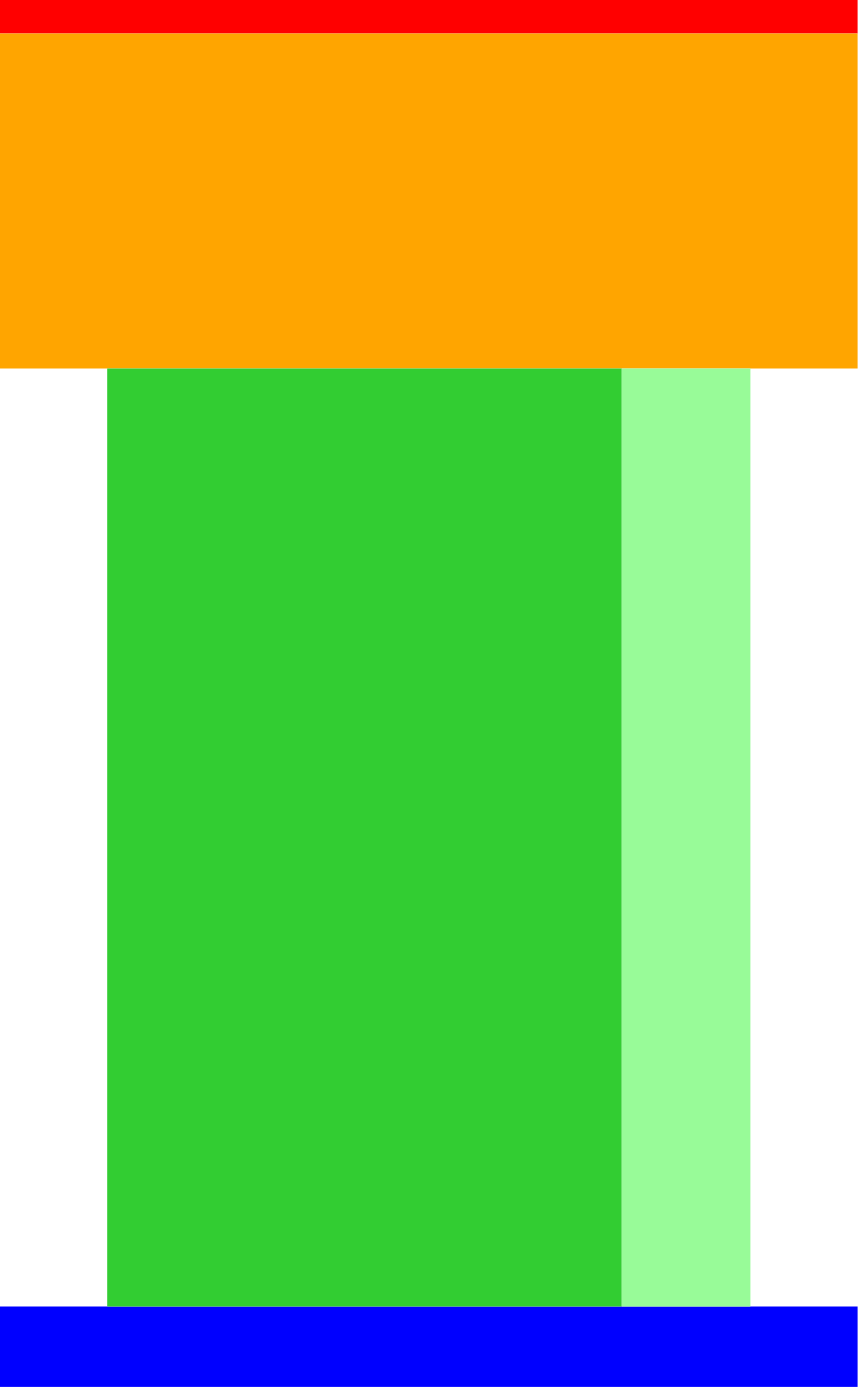
Repository: yuuyatada/API_sample_app
Page: htmlCP4/CP4index.html
The author's editor kept a record of every edit. The page is drawn from the files as they stood at one moment, then again after the next edit.
The browser window is 1280 px wide. The pictures show the whole page, at 67% of full size.

Above is the page before.

### htmlCP4/CP4index.html
<!DOCTYPE html>
<html lang="ja">
  <head>
    <meta charset="UTF-8" />
    <!-- CSSファイルの読み込み -->
    <link rel="stylesheet" href="CP4style.css" />
    <title>演習問題CP4</title>
  </head>
  <body>

  <!--header用のdiv-->
  <div class="header">

   <div class="header-top"></div>
   <div class="header-bottom"></div>

  </div>
  <!--main-visual用のdiv-->
  <div class="main-visual">

   <div class="main-visual-content"></div>

  </div>

<!--main用のdiv-->

<div class="main">

    <div class="blog"></div>

    <div class="sidebar"></div>

</div>

<!--footer用のdiv-->
<div class="footer"></div>

  </body>
</html>

### htmlCP4/CP4style.css
/* ブラウザがそれぞれ持っているCSSをリセットするための記述 */
* {
  margin: 0;
  padding: 0;
  box-sizing: border-box;
}

.header{
    width:100%;
    height:50px;
    background-color:red;
}


.main-visual{
    width:100%;
    height:500px;
    background-color:orange;
}

.main{
    width: 960px;
    display: flex;
    justify-content:center;
    margin: 0  auto ;
}

.blog{
    width: 960px;/*横幅600px*/
    height: 1400px;/*高さ1400px*/
    background-color: limegreen;/*背景色にlimegreen*/

}
.sidebar{
    width: 240px;/*横幅240px*/
    height: 1400px;/*高さ1400px*/
    background-color: palegreen;/*背景色にpalegreen*/
}
.footer{
    width:100%;/*横幅いっぱい*/
    height:120px;/*高さ120px*/
    background-color: blue;/*背景色blue*/

}

After the next edit:
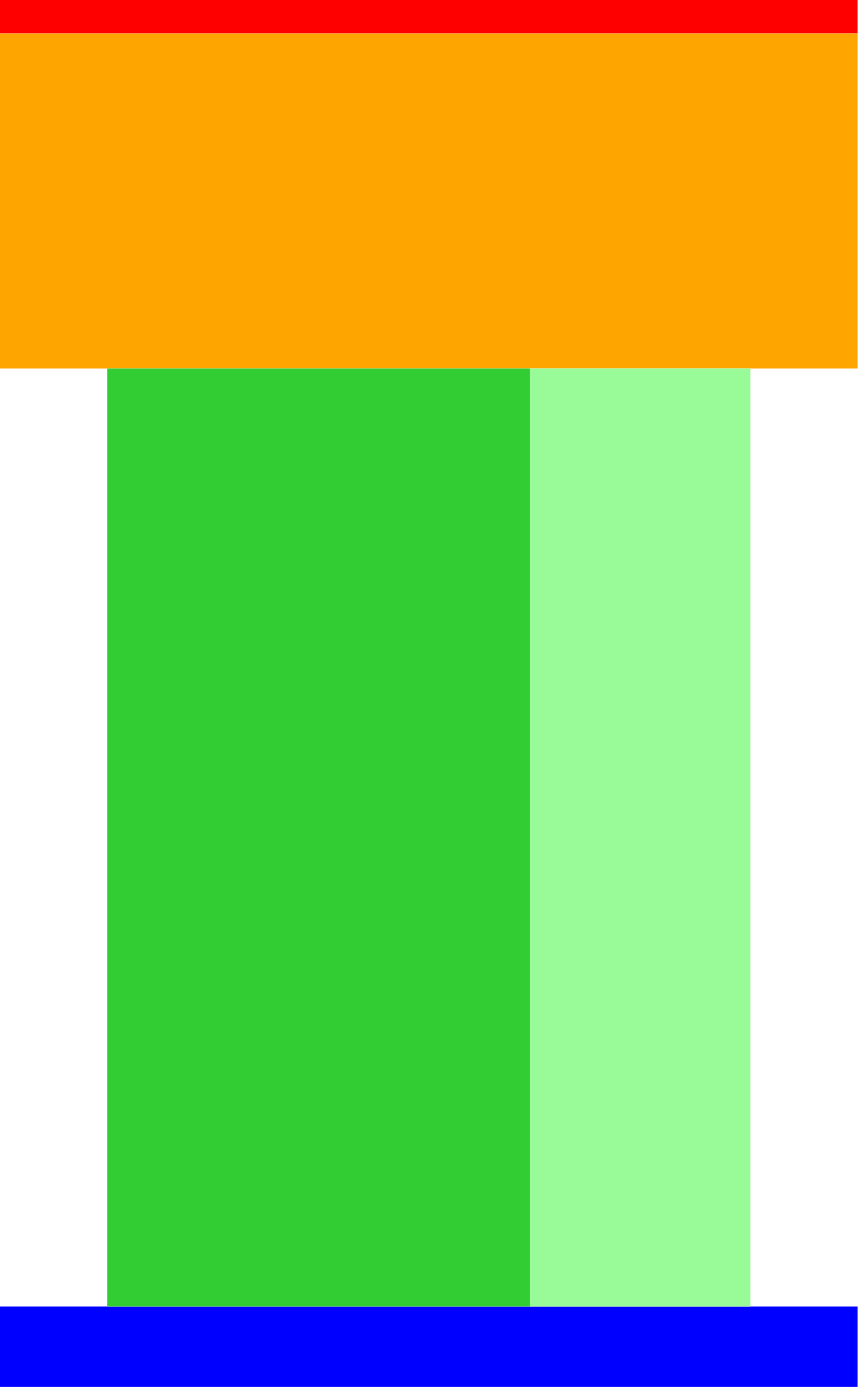
The edit:
--- a/htmlCP4/CP4style.css
+++ b/htmlCP4/CP4style.css
@@ -32,7 +32,7 @@
 
 }
 .sidebar{
-    width: 240px;/*横幅240px*/
+    width: 500px;/*横幅240px*/
     height: 1400px;/*高さ1400px*/
     background-color: palegreen;/*背景色にpalegreen*/
 }

After the 2 edits that followed:
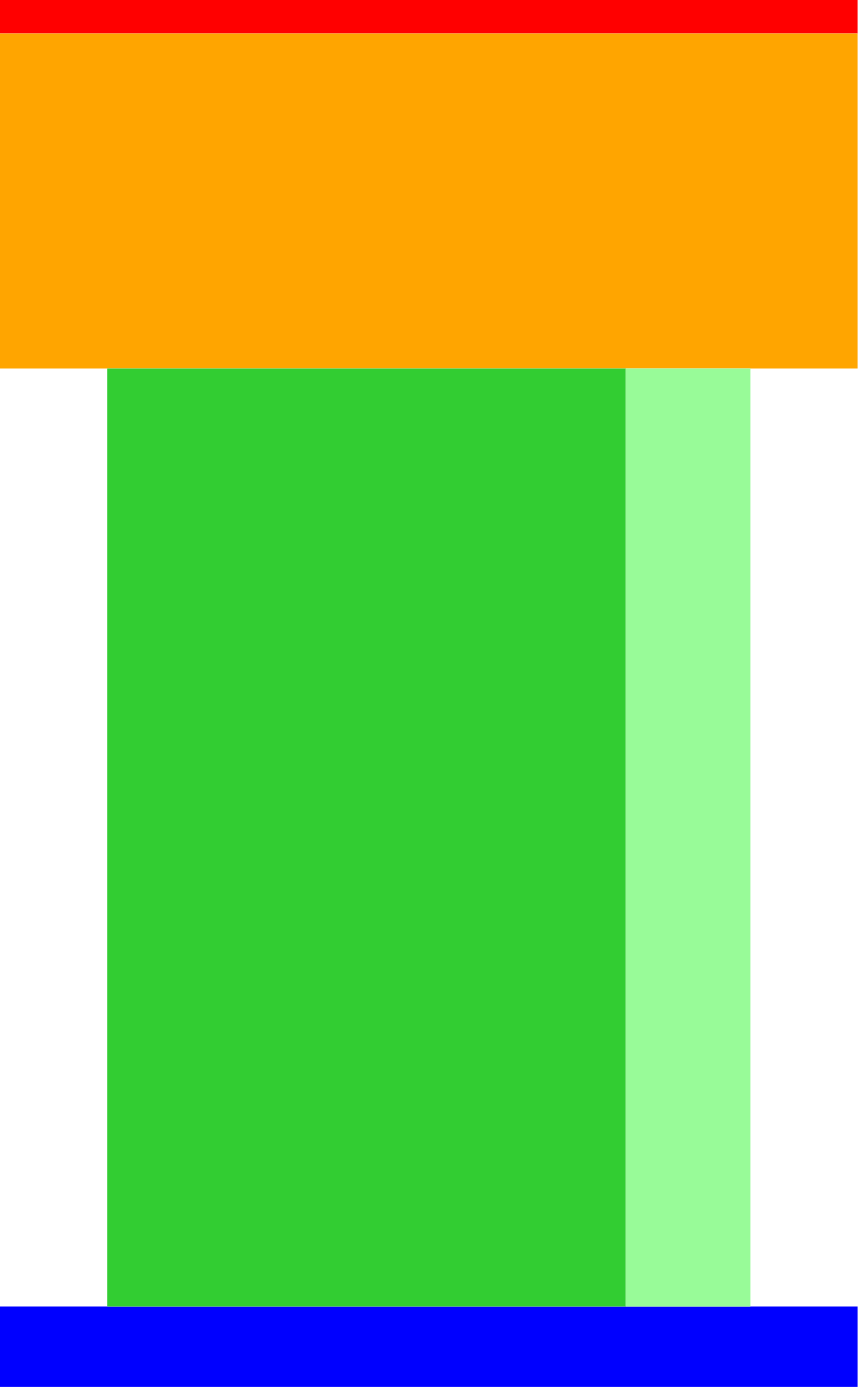
The 2 edits are shown as one change because 1 left the picture as it was.
The edit:
--- a/htmlCP4/CP4style.css
+++ b/htmlCP4/CP4style.css
@@ -32,10 +32,16 @@
 
 }
 .sidebar{
+    width: 230px;/*横幅240px*/
+    height: 1400px;/*高さ1400px*/
+    background-color: palegreen;/*背景色にpalegreen*/
+}
+.sidebar2{
     width: 500px;/*横幅240px*/
     height: 1400px;/*高さ1400px*/
     background-color: palegreen;/*背景色にpalegreen*/
 }
+
 .footer{
     width:100%;/*横幅いっぱい*/
     height:120px;/*高さ120px*/
